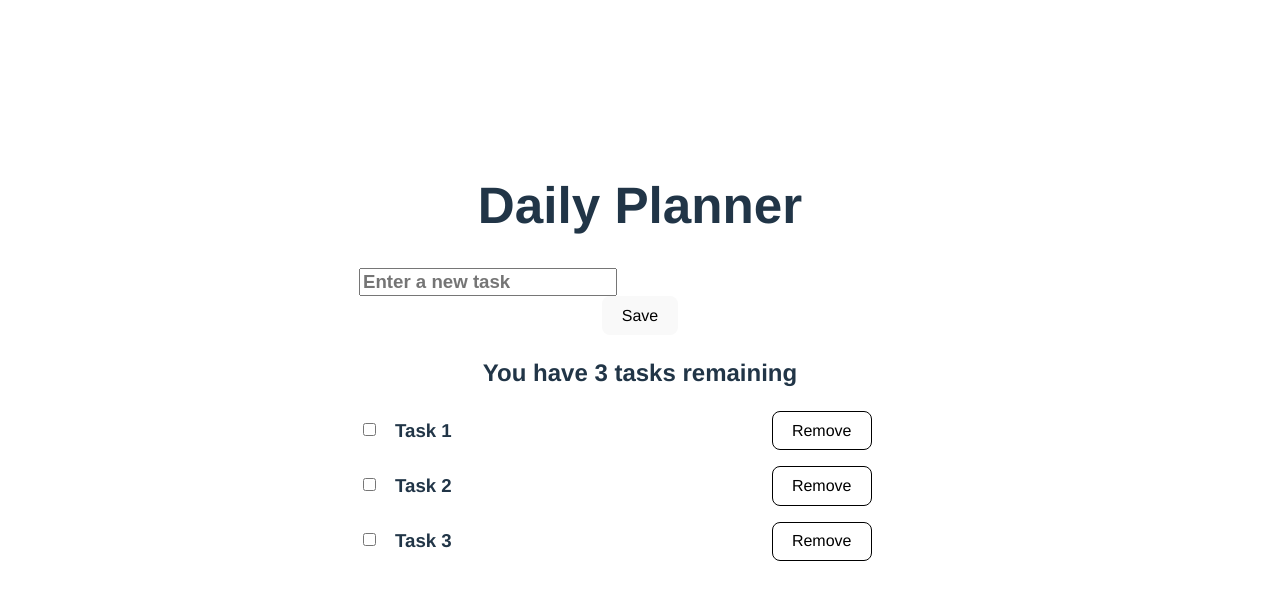
Repository: MonicaNguyenH/Frontend_Assignment6
Page: / (app in react/)
The author's editor kept a copy of each file at every save. The page is drawn from the files as they stood at one save, then again after the next save.
The browser window is 1280 px wide. The pictures show the whole page.
The project was rebuilt for these pictures with package versions that can differ from the ones it lists, and the page was loaded fresh each time. Also part of the build but not shown: react/vite.config.js.

Above is the page before, as saved 2024-10-11 00:47:10.

After the next save:
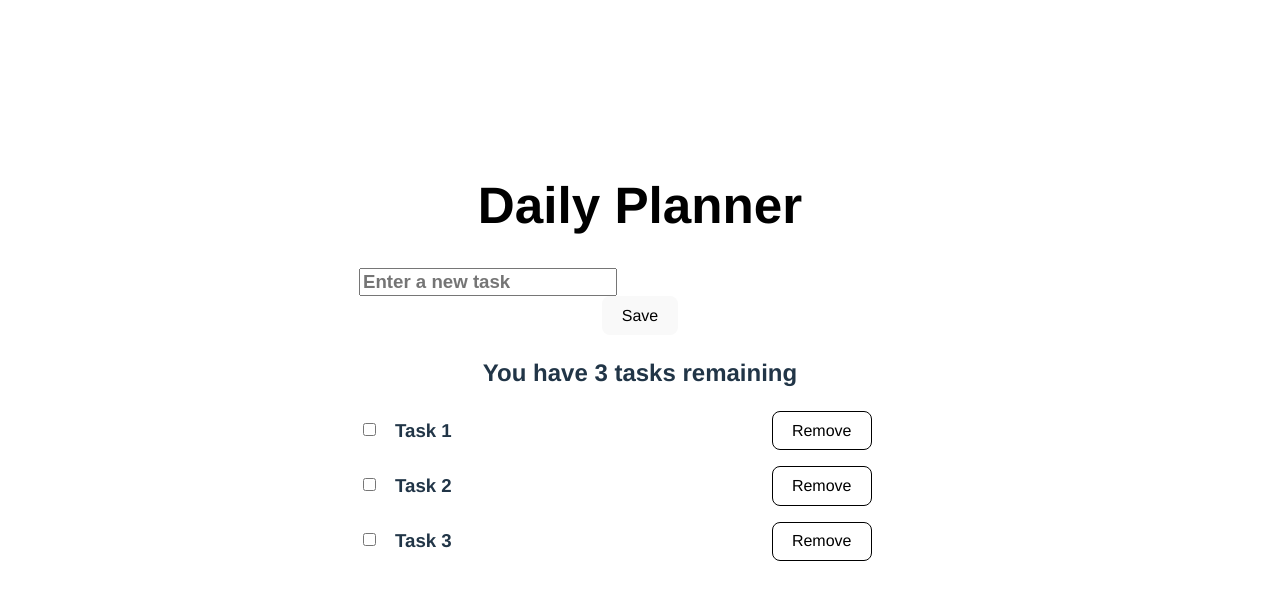
Saved 30 s later.
--- a/react/src/App.css
+++ b/react/src/App.css
@@ -6,6 +6,15 @@
 
   font-family: Helvetica, sans-serif;
 }
+
+.main {
+
+}
+
+.header {
+  color: black;
+}
+
 
 .task {
   display: flex;
